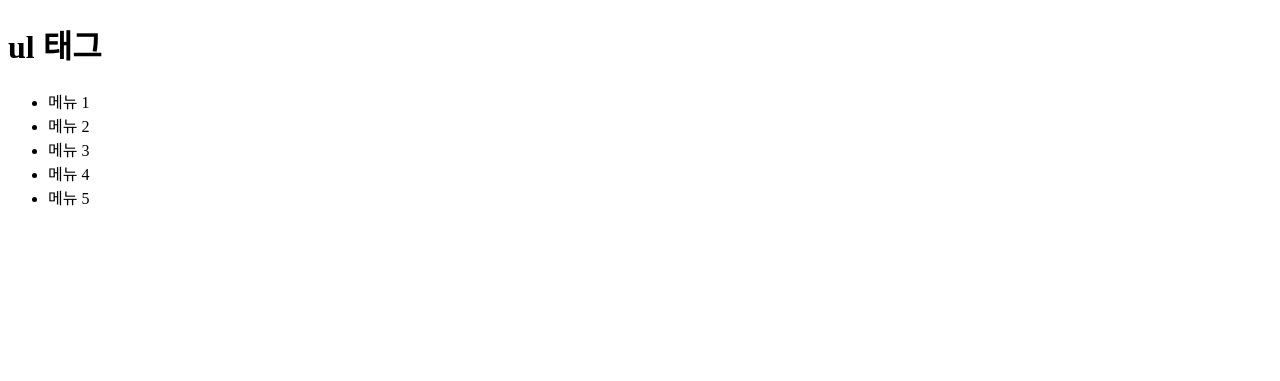
Repository: masima305/html_study
Page: Ex_1220/WebContent/day1/ul_ol.html
An editor plug-in stored every save of this project. The page is shown before and after the next save, followed by the edit.
The browser window is 1280 px wide. The pictures show the whole page.

Above is the page before, as saved 2017-12-20 06:30:53.

### Ex_1220/WebContent/day1/ul_ol.html
<!DOCTYPE html>
<html>
	<head>
		<meta charset="UTF-8">
		<title>리스트(목록)</title>
	</head>
	<body>
		<h1> ul 태그 </h1>

		<ul>
			<li>메뉴 1</li>
			<li>메뉴 2</li>
			<li>메뉴 3</li>
			<li>메뉴 4</li>
			<li>메뉴 5</li>

		</ul>

	</body>
</html>

After the next save:
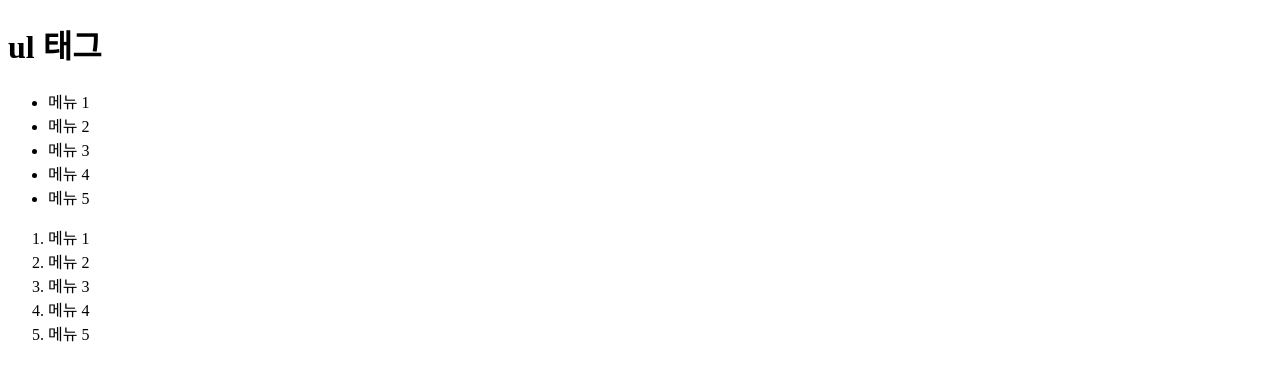
Saved 3 min 13 s later.
--- a/Ex_1220/WebContent/day1/ul_ol.html
+++ b/Ex_1220/WebContent/day1/ul_ol.html
@@ -16,5 +16,15 @@
 
 		</ul>
 
+		<ol>
+			<li>메뉴 1</li>
+			<li>메뉴 2</li>
+			<li>메뉴 3</li>
+			<li>메뉴 4</li>
+			<li>메뉴 5</li>
+
+		</ol>
+
+
 	</body>
 </html>
